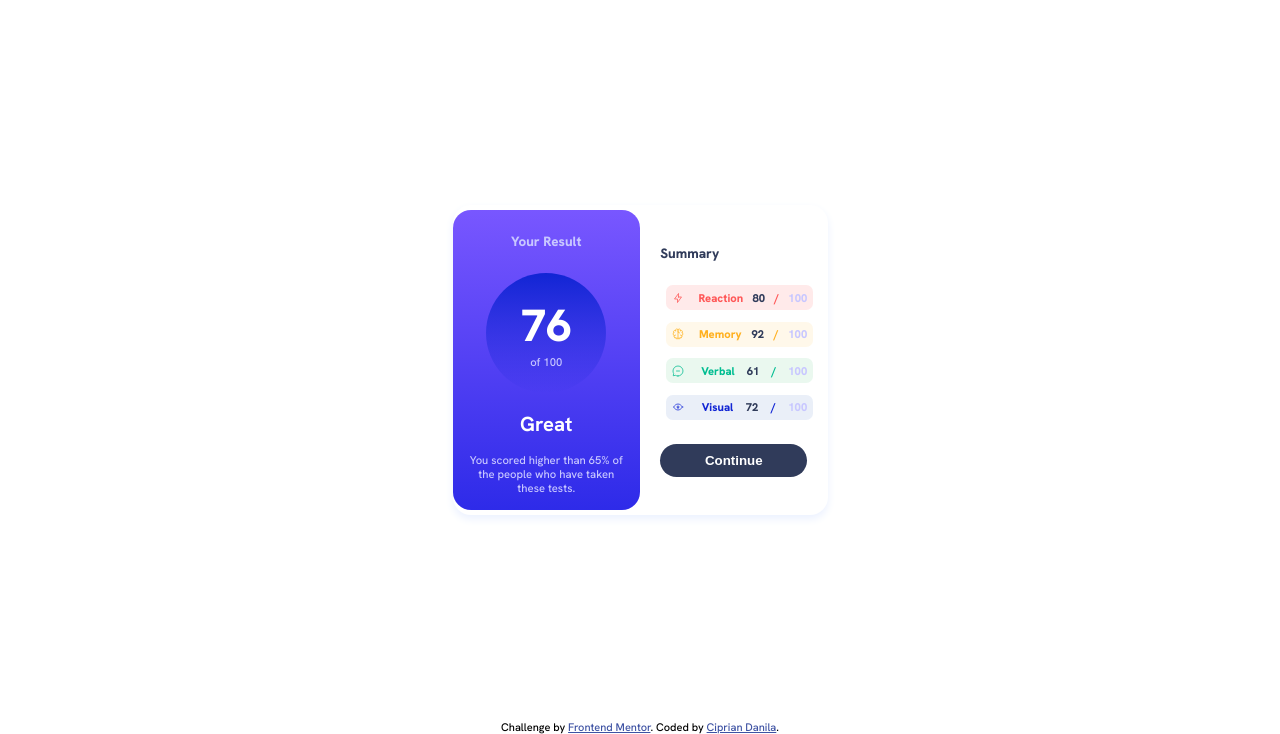
Repository: cipdanila/results-summary-component
Page: index.html
The author's editor kept a copy of each file at every save. The page is drawn from the files as they stood at one save, then again after the next save.
The browser window is 1280 px wide. The pictures show the whole page.

Above is the page before, as saved 2024-02-02 20:38:43.

### index.html
<!DOCTYPE html>
<html lang="en">
    <head>
        <meta charset="UTF-8" />
        <meta name="viewport" content="width=device-width, initial-scale=1.0" />
        <!-- displays site properly based on user's device -->

        <link rel="icon" type="image/png" sizes="32x32" href="./assets/images/favicon-32x32.png" />
        <link rel="stylesheet" href="styles.css" />
        <title>Frontend Mentor | Results summary component</title>
    </head>
    <body>
        <main>
            <div class="card">
                <div class="result">
                    <p id="result-title">Your Result</p>
                    <div class="score-circle">
                        <div class="big-num">76</div>
                        <div class="small-text">of 100</div>
                    </div>
                    <h4>Great</h4>
                    <p>You scored higher than 65% of the people who have taken these tests.</p>
                </div>
                <div class="summary">
                    <p id="summary">Summary</p>
                    <div class="reaction">
                        <img src="./assets/images/icon-reaction.svg" alt="raction icon" />
                        <p>Reaction</p> <span class="percent">80</span> / <span class="hundred">100</span>
                    </div>
                    <div class="memory">
                        <img src="./assets/images/icon-memory.svg" alt="memory icon" />
                        <p>Memory</p> <span class="percent">92</span> / <span class="hundred">100</span>
                    </div>
                    <div class="verbal">
                        <img src="./assets/images/icon-verbal.svg" alt="verbal icon" />
                        <p>Verbal</p> <span class="percent">61</span> / <span class="hundred">100</span>
                    </div>
                    <div class="visual">
                        <img src="./assets/images/icon-visual.svg" alt="visual icon" />
                        <p>Visual</p> <span class="percent">72</span> / <span class="hundred">100</span>
                    </div>
                    <button class="continue" type="button">Continue</button>
                </div>
            </div>
        </main>

        <footer>
            <div class="attribution">
                Challenge by
                <a
                    href="https://www.frontendmentor.io/challenges/results-summary-component-CE_K6s0maV/hub"
                    target="_blank"
                    rel="noopener noreferer"
                    >Frontend Mentor</a
                >. Coded by <a href="https://github.com/cipdanila" target="_blank" rel="noopener noreferer">Ciprian Danila</a>.
            </div>
        </footer>
    </body>
</html>

### styles.css
@import url("https://fonts.googleapis.com/css2?family=Hanken+Grotesk:wght@500;700;800&display=swap");

:root {
    /* Colors */
    /* Primary */
    --light-red: hsl(0, 100%, 67%);
    --orange-yellow: hsl(39, 100%, 56%);
    --green-teal: hsl(166, 100%, 37%);
    --cobalt-blue: hsl(234, 85%, 45%);
    /* Gradients */
    --light-slate-blue: hsl(252, 100%, 67%); /*  (background) */
    --light-royal-blue: hsl(241, 81%, 54%); /* (background) */

    --violet-blue: hsla(256, 72%, 46%, 1); /* (circle) */
    --persian-blue: hsla(241, 72%, 46%, 0); /* (circle) */
    /* Neutral */
    --white: hsl(0, 0%, 100%);
    --pale-blue: hsl(221, 100%, 96%);
    --light-lavender: hsl(241, 100%, 89%);
    --dark-gray-blue: hsl(224, 30%, 27%);
}

*,
*::after,
*::before {
    box-sizing: border-box;
    margin: 0;
    padding: 0;
}

body,
html {
    height: 100%;
    font-family: "Hanken Grotesk", sans-serif;
    font-size: 1.125rem; /* 18px */
    font-weight: 300;
    background-color: var(--white);
}

main {
    display: flex;
    justify-content: center;
    align-items: center;
    height: 100%;
}

.card {
    max-width: 375px;
    border-radius: 1rem;
    box-shadow: 0 4px 8px 0 var(--pale-blue);
    display: flex;
    justify-content: center;
    align-items: center;
    background-color: var(--white);
}

.result {
    width: 50%;
    display: flex;
    flex-direction: column;
    justify-content: center;
    align-items: center;
    background: linear-gradient(to bottom, var(--light-slate-blue) 0%, var(--light-royal-blue) 100%);
    color: var(--white);
    border-radius: 1rem;
}

.result #result-title {
    padding: 1.25rem;
    font-weight: 800;
    font-size: 0.75rem;
}

.score-circle {
    width: 120px;
    height: 120px;
    border-radius: 50%;
    background: linear-gradient(to bottom, var(--cobalt-blue) 0%, var(--persian-blue) 100%);
    display: flex;
    flex-direction: column;
    justify-content: center;
    align-items: center;
}

.big-num {
    font-size: 2.5rem;
    font-weight: 800;
}

.small-text {
    font-size: 0.625rem;
    color: var(--light-lavender);
}

.result h4 {
    padding-top: 1rem;
}

.result p {
    font-size: 0.625rem;
    color: var(--light-lavender);
    padding: 0.875rem;
    text-align: center;
}

.summary {
    width: 50%;
    height: auto;
    display: flex;
    flex-direction: column;
    justify-content: center;
    padding: 1.125rem;
    font-weight: 800;
}

.summary p#summary {
    padding: 1rem 0;
    font-size: 0.75rem;
    font-weight: 800;
    color: var(--dark-gray-blue);
}

.summary div {
    width: 100%;
    padding: 0.313rem;
    margin: 0.313rem;
    font-size: 0.625rem;
    display: flex;
    justify-content: space-between;
    border-radius: 0.375rem;
}

.summary div img {
    margin-right: 0.313rem;
    width: 12px;
}

.summary .percent {
    color: var(--dark-gray-blue);
}

.summary .hundred {
    color: var(--light-lavender);
}

.summary .reaction {
    background-color: rgba(255, 51, 51, 0.1);
    color: var(--light-red);
}

.summary .memory {
    background-color: rgba(255, 187, 51, 0.1);
    color: var(--orange-yellow);
}

.summary .verbal {
    background-color: rgba(51, 187, 102, 0.1);
    color: var(--green-teal);
}

.summary .visual {
    background-color: rgba(51, 102, 187, 0.1);
    color: var(--cobalt-blue);
    border-radius: 0.375rem;
}

button {
    width: 100%;
    padding: 0.5rem;
    margin: 1rem auto;
    display: flex;
    justify-content: center;
    align-items: center;
    color: var(--white);
    background-color: var(--dark-gray-blue);
    font-weight: 700;
    border-radius: 1rem;
    border: none;
    cursor: pointer;
}

.attribution {
    font-size: 11px;
    text-align: center;
}
.attribution a {
    color: hsl(228, 45%, 44%);
}

After the next save:
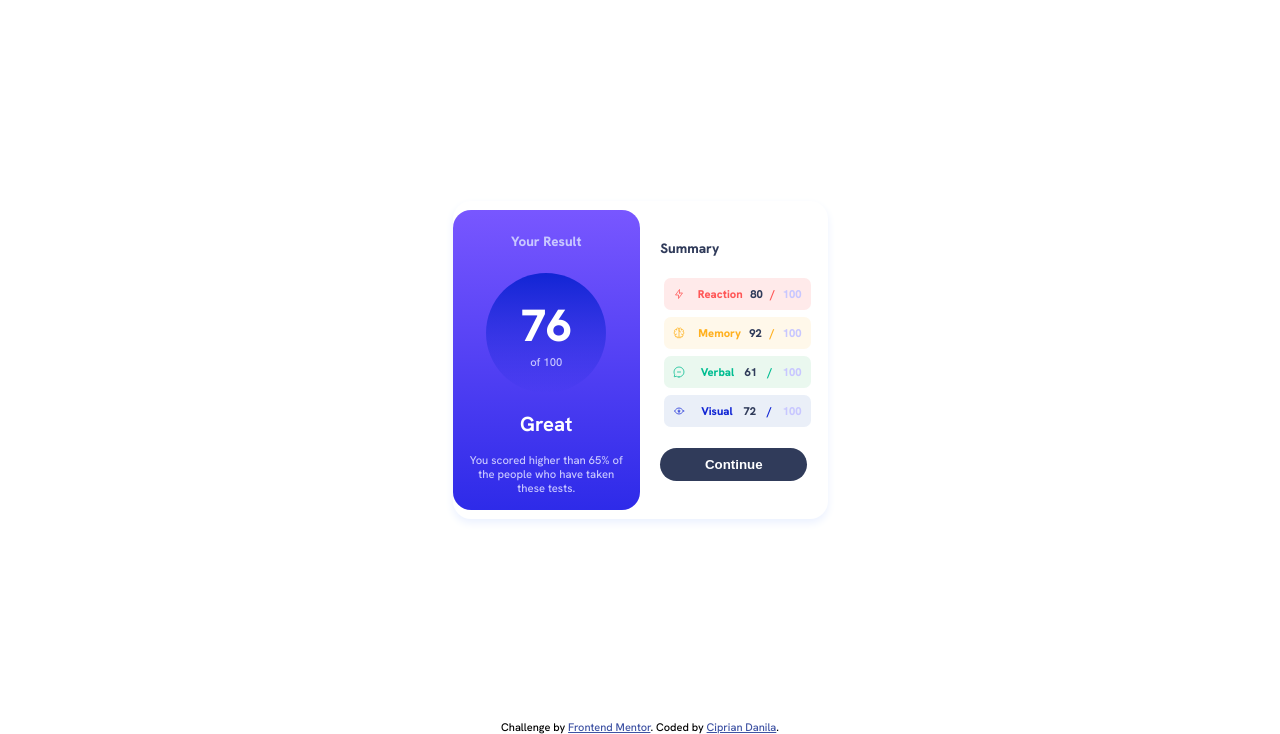
Saved 2 min 50 s later.
--- a/styles.css
+++ b/styles.css
@@ -122,8 +122,8 @@
 
 .summary div {
     width: 100%;
-    padding: 0.313rem;
-    margin: 0.313rem;
+    padding: 0.5rem;
+    margin: 0.188rem;
     font-size: 0.625rem;
     display: flex;
     justify-content: space-between;
